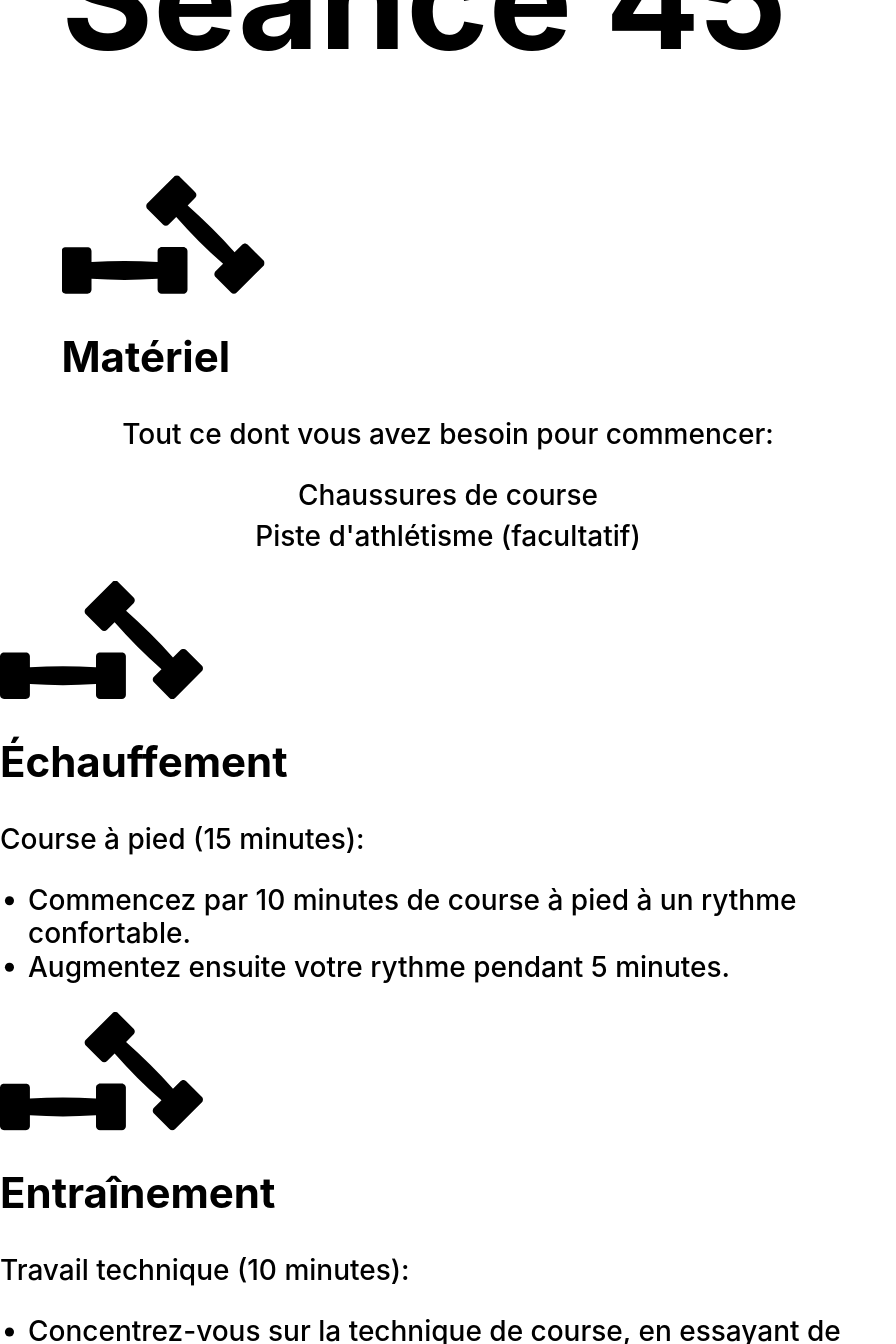
Repository: AdilGHAZAL/MosaiqueWebdoc
Page: /
These files come from the project's save history. The page is drawn as it stood at one moment and after the next save; the edit follows.
The browser window is 1280 px wide. The pictures show the part of the page from y = 456 to 2376 px (the page is 3786 px tall before and 3948 px after), at 70% of full size.
Some web fonts or font styles are not loaded; a fallback is used. The project was rebuilt for these pictures with package versions that can differ from the ones it lists, and the page was loaded fresh each time. Also part of the build but not shown: vite.config.js, src/App.css, src/components/Navbar.css, src/components/Navbar.jsx, src/components/Athletes.css, src/components/Athletes.jsx, src/components/Athletes2.jsx, src/components/Athletes3.jsx and 18 more.

Above is the page before, as saved 2024-05-02 17:37:18.

### index.html
<!doctype html>
<html lang="en">
  <head>
    <meta charset="UTF-8" />
    <link rel="icon" type="image/svg+xml" href="./src/logos/logoMosaique.svg" />
    <meta name="viewport" content="width=device-width, initial-scale=1.0" />
    <title>Mosaique</title>
    <link rel="preconnect" href="https://fonts.googleapis.com">
<link rel="preconnect" href="https://fonts.gstatic.com" crossorigin>
<link href="https://fonts.googleapis.com/css2?family=Mina:wght@400;700&display=swap" rel="stylesheet">
  </head>
  <body>
    <div id="root"></div>
    <script type="module" src="/src/main.jsx"></script>
  </body>
</html>

### src/App.jsx
// App.jsx
import React from 'react';
import { BrowserRouter as Router, Routes, Route} from 'react-router-dom';
import './App.css'; // Import the CSS file
import HomePage from './components/HomePage';
import Athlete1 from './Athelete1/Athlete1'; // Import the NouvellePage component
import LoginScreen from './LoginScreen';
import MainView from './backoffice';
import TrainingPage from './TrainingPage';
const App = () => {
    return (
        <Router>

                <Routes>
                    <Route path="/" element={<TrainingPage/>} />
                    <Route path="/Athlete1" element={<Athlete1/>} />
                    <Route path="/login" element={<LoginScreen/>  }/>
                    <Route path='/backoffice'element={<MainView/>}/>
                </Routes>

        </Router>
    );
};

export default App;

### src/index.css
:root {
  --rose: #E9257F

}

### src/TrainingPage.jsx
import React from 'react';
import './TrainingPage.css';  // Assurez-vous que le chemin vers le fichier CSS est correct

const TrainingPage = () => {
  return (
    <div className="containerTraining">
      <section className="session-info">
        <h2>Tout pour bien commencer</h2>
      </section>

      <div className="sectionMaterial">
        <h1>Séance 45'</h1>
        <img src="./src/assets/Icon2.svg" alt="Icône séance" />
        <h2>Matériel</h2>
        <p>Tout ce dont vous avez besoin pour commencer:</p>
        <ul>
          <li> Chaussures de course</li>
          <li> Piste d'athlétisme (facultatif)</li>
        </ul>
      </div>

      <div className="sectionWarmUp">
        <img src="./src/assets/Icon2.svg" alt="Icône échauffement" />
        <h2>Échauffement</h2>
        <div>
          <p>Course à pied (15 minutes):</p>
          <ul>
            <li>Commencez par 10 minutes de course à pied à un rythme confortable.</li>
            <li>Augmentez ensuite votre rythme pendant 5 minutes.</li>
          </ul>
        </div>
      </div>

      <div className="sectionTraining">
        <img src="./src/assets/Icon2.svg" alt="Icône entraînement" />
        <h2>Entraînement</h2>
        <div>
          <p>Travail technique (10 minutes):</p>
          <ul>
            <li>Concentrez-vous sur la technique de course, en essayant de garder le dos droit, les épaules relâchées et les bras fléchis à 90 degrés.</li>
          </ul>
        </div>
      </div>

      <div className="sectionAdvice">
        <img src="./src/assets/Icon2.svg" alt="Icône conseil" />
        <h2>Conseil</h2>
        <div>
          <p>Tout ce dont vous avez besoin pour le bon déroulement:</p>
          <ul>
            <li>Retour au calme (5 minutes)</li>
            <li>Terminez la séance par 5 minutes de marche ou d'étirements statiques</li>
            <li>Buvez beaucoup d'eau avant, pendant et après l'entraînement</li>
            <li>Variez vos séances d'entraînement pour éviter la monotonie et de vous blesser</li>
          </ul>
          <p>Voici quelques exemples d'exercices de mobilité, de technique de course, de plyométrie et de renforcement musculaire :</p>
          <ul>
            <li>Exercices de mobilité: Cercles de bras, Rotations de hanches, Fentes</li>
            <li>Technique de course: Course avec foulées courtes, talons au sol, montée des genoux</li>
            <li>Plyométrie: Sauts de grenouille, Talons-fesses</li>
            <li>Renforcement musculaire: Squats, Fentes, Pompes, Exercices avec poids légers</li>
          </ul>
        </div>
      </div>
    </div>
  );
};

export default TrainingPage;

### src/components/HomePage.css
/* App.css */
body {
    margin: 0;
    background-color: #ffffff;
    color: #000000;
    display: flex;
    flex-direction: column;
    align-items: center;
    justify-content: center;
    min-height: 100vh;

  }

  .app-container {
      font-family: "SF Pro Display-Medium", Helvetica;
    width: 100vw;
    height: 100%;
    min-height: 100vh;
    /*  background-image: url('./assets/ub1.png');*/
    display: flex;
    flex-direction: column;
    margin: auto;
    background-color: #ffffff;
  }

  .main-title {
    font-family: 'SF Pro Display', sans-serif;
    font-size: 70px;
    font-weight: 500;
    line-height: 83.54px;
    text-align: center;
    margin-top: 100px;
  }

  .bold-text {
    font-weight: 700;
  }

  .content {
    padding: 20px;
    width: 100%;
    max-width: 1200px;
    margin: auto;

  }

  .UBimage {
    width: auto;
  }

  .bottom-text {
    font-size: 18px;
    text-align: center;
    margin-top: 30px;
  }
  .scroll-reveal > * {
    /* text-align: justify; */
    display: inline;
    color:hsl(0deg 22.14% 64.8% / 20%);
    font-size: 60px;
    font-weight: 500;
    background-clip: text;
    background-repeat: no-repeat;
    background-size: 0% 100%;
    background-image: linear-gradient( #E9257F, #ce1f71 );
    animation: scroll-reveal linear forwards;
    animation-timeline: view();
  }

  .scroll-text {

    text-align: justify;
  }
  @keyframes scroll-reveal {
    to {
      background-size: 100% 100%;
    }
  }
  .scroll-reveal p {
    /* font-family: SF Pro Display; */


  }

  .scrollPhotos {
    display: flex;
    justify-content: flex-start; /* Align photos to the maximum left */
    width: 100%;
    overflow-x: auto; /* Enable horizontal scrolling if photos exceed container width */
    padding: 20px 0; /* Optional padding */
  }

### src/TrainingPage.css
.containerTraining {
    display: flex;
    align-items: center;
    flex-direction: column;
    margin: 0 auto;
}


.session-info h2 {
    font-family: 'SF Pro Display', sans-serif;
    font-size: 70px;
    font-weight: 500;
    line-height: 83.54px;
    text-align: center;
  }

  /* Styles pour "Séance 45'" */
  .sectionMaterial h1 {
    font-family: 'SF Pro Display', sans-serif;
    font-size: 200px;
    font-weight: 700;
    line-height: 238.67px;
    text-align: center;
  }

  /* Styles pour "Matériel" */
  .sectionMaterial h2 {
    font-family: 'SF Pro Display', sans-serif;
    font-size: 60px;
    font-weight: 700;
    line-height: 71.6px;
    text-align: justify; /* Notez que 'justify' n'est pas valide pour 'text-align', vous voudriez peut-être utiliser 'justified' dans une classe différente si c'est nécessaire */
  }

  /* Styles pour "Tout ce dont vous avez besoin pour commencer:" et la liste */
  .sectionMaterial p, .sectionMaterial ul {
    font-family: 'SF Pro Display', sans-serif;
    font-size: 40px;
    font-weight: 500;
    line-height: 47.73px;
    text-align: center;
  }

  /* Styles additionnels pour la liste pour garder les icônes alignées */
  .sectionMaterial ul {
    padding: 0;
    list-style-type: none; /* Enlève les puces de la liste */
  }

  .sectionMaterial li {
    margin-bottom: 10px; /* Espacement entre les éléments de la liste */
  }

  .sectionMaterial .icon {
    font-size: 40px; /* Assure que les icônes ont la même taille de police que le texte */
    margin-right: 10px; /* Espacement entre l'icône et le texte */
  }
  .sectionWarmUp h2 {
    font-family: 'SF Pro Display', sans-serif;
    font-size: 60px;
    font-weight: 700;
    line-height: 71.6px;
    text-align: justify; /* Note: 'justify' n'est pas typiquement utilisé pour les titres, envisagez 'left', 'center', ou 'right' */
  }
  .sectionWarmUp div p, .sectionWarmUp div ul {
    font-family: 'SF Pro Display', sans-serif;
    font-size: 40px;
    font-weight: 700; /* pour le texte plus gras */
    line-height: 47.73px;
    text-align: left;
  }

  .sectionWarmUp div p, .sectionWarmUp div ul li {
    font-family: 'SF Pro Display', sans-serif;
    font-size: 40px;
    font-weight: 500; /* pour le texte moins gras */
    line-height: 47.73px;
    text-align: left;
  }
  .sectionTraining h2 {
    font-family: 'SF Pro Display', sans-serif;
    font-size: 60px;
    font-weight: 700;
    line-height: 71.6px;
    text-align: justify; /* Note: 'justify' n'est pas typiquement utilisé pour les titres, envisagez 'left', 'center', ou 'right' */
  }
  .sectionTraining div p, .sectionTraining div ul {
    font-family: 'SF Pro Display', sans-serif;
    font-size: 40px;
    font-weight: 700; /* pour le texte plus gras */
    line-height: 47.73px;
    text-align: left;
  }

  .sectionTraining div p, .sectionTraining div ul li {
    font-family: 'SF Pro Display', sans-serif;
    font-size: 40px;
    font-weight: 500; /* pour le texte moins gras */
    line-height: 47.73px;
    text-align: left;
  }
  .sectionAdvice h2 {
    font-family: 'SF Pro Display', sans-serif;
    font-size: 60px;
    font-weight: 700;
    line-height: 71.6px;
    text-align: justify; /* Note: 'justify' n'est pas typiquement utilisé pour les titres, envisagez 'left', 'center', ou 'right' */
  }
  .sectionAdvice div p, .sectionAdvice div ul {
    font-family: 'SF Pro Display', sans-serif;
    font-size: 40px;
    font-weight: 700; /* pour le texte plus gras */
    line-height: 47.73px;
    text-align: left;
  }

  .sectionAdvice div p, .sectionAdvice div ul li {
    font-family: 'SF Pro Display', sans-serif;
    font-size: 40px;
    font-weight: 500; /* pour le texte moins gras */
    line-height: 47.73px;
    text-align: left;
  }

Loaded but not shown: src/main.jsx (common file)

After the next save:
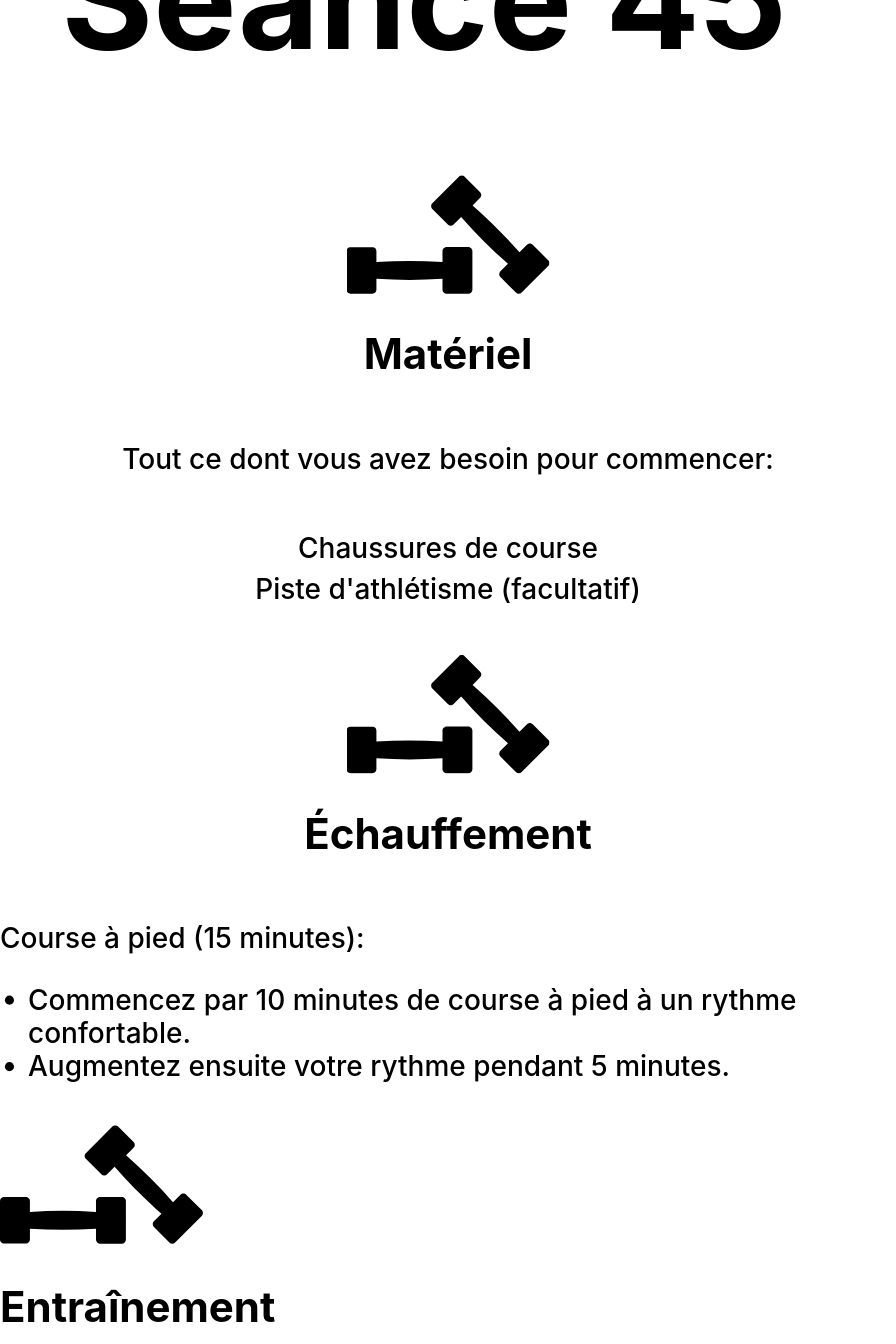
Saved 9 min 17 s later.
--- a/src/TrainingPage.css
+++ b/src/TrainingPage.css
@@ -5,119 +5,101 @@
     margin: 0 auto;
 }
 
-
+/* Styles for ".session-info h2" */
 .session-info h2 {
     font-family: 'SF Pro Display', sans-serif;
     font-size: 70px;
     font-weight: 500;
     line-height: 83.54px;
     text-align: center;
-  }
+}
 
-  /* Styles pour "Séance 45'" */
-  .sectionMaterial h1 {
+/* Styles for ".sectionMaterial h1" */
+.sectionMaterial h1 {
     font-family: 'SF Pro Display', sans-serif;
     font-size: 200px;
     font-weight: 700;
     line-height: 238.67px;
     text-align: center;
-  }
+}
 
-  /* Styles pour "Matériel" */
-  .sectionMaterial h2 {
+/* Styles for ".sectionMaterial h2" */
+.sectionMaterial h2 {
     font-family: 'SF Pro Display', sans-serif;
     font-size: 60px;
     font-weight: 700;
     line-height: 71.6px;
-    text-align: justify; /* Notez que 'justify' n'est pas valide pour 'text-align', vous voudriez peut-être utiliser 'justified' dans une classe différente si c'est nécessaire */
-  }
+    text-align: justify;
+}
 
-  /* Styles pour "Tout ce dont vous avez besoin pour commencer:" et la liste */
-  .sectionMaterial p, .sectionMaterial ul {
+/* Styles for ".sectionMaterial p, .sectionMaterial ul" */
+.sectionMaterial p, .sectionMaterial ul {
     font-family: 'SF Pro Display', sans-serif;
     font-size: 40px;
     font-weight: 500;
     line-height: 47.73px;
     text-align: center;
-  }
+}
 
-  /* Styles additionnels pour la liste pour garder les icônes alignées */
-  .sectionMaterial ul {
+/* Additional styles for the list to keep the icons aligned */
+.sectionMaterial ul {
     padding: 0;
-    list-style-type: none; /* Enlève les puces de la liste */
-  }
+    list-style-type: none;
+}
 
-  .sectionMaterial li {
-    margin-bottom: 10px; /* Espacement entre les éléments de la liste */
-  }
+.sectionMaterial li {
+    margin-bottom: 10px;
+}
 
-  .sectionMaterial .icon {
-    font-size: 40px; /* Assure que les icônes ont la même taille de police que le texte */
-    margin-right: 10px; /* Espacement entre l'icône et le texte */
-  }
-  .sectionWarmUp h2 {
+.sectionMaterial .icon {
+    font-size: 40px;
+    margin-right: 10px;
+}
+
+/* Styles for ".sectionWarmUp h2", ".sectionTraining h2", ".sectionAdvice h2" */
+.sectionWarmUp h2,
+.sectionTraining h2,
+.sectionAdvice h2 {
     font-family: 'SF Pro Display', sans-serif;
     font-size: 60px;
     font-weight: 700;
     line-height: 71.6px;
-    text-align: justify; /* Note: 'justify' n'est pas typiquement utilisé pour les titres, envisagez 'left', 'center', ou 'right' */
-  }
-  .sectionWarmUp div p, .sectionWarmUp div ul {
+    text-align: justify;
+}
+
+/* Styles for ".sectionWarmUp div p, .sectionWarmUp div ul", ".sectionTraining div p, .sectionTraining div ul", ".sectionAdvice div p, .sectionAdvice div ul" */
+.sectionWarmUp div p,
+.sectionWarmUp div ul,
+.sectionTraining div p,
+.sectionTraining div ul,
+.sectionAdvice div p,
+.sectionAdvice div ul {
     font-family: 'SF Pro Display', sans-serif;
     font-size: 40px;
-    font-weight: 700; /* pour le texte plus gras */
+    font-weight: 700;
     line-height: 47.73px;
     text-align: left;
-  }
+}
 
-  .sectionWarmUp div p, .sectionWarmUp div ul li {
+/* Styles for ".sectionWarmUp div p, .sectionWarmUp div ul li", ".sectionTraining div p, .sectionTraining div ul li", ".sectionAdvice div p, .sectionAdvice div ul li" */
+.sectionWarmUp div p,
+.sectionWarmUp div ul li,
+.sectionTraining div p,
+.sectionTraining div ul li,
+.sectionAdvice div p,
+.sectionAdvice div ul li {
     font-family: 'SF Pro Display', sans-serif;
     font-size: 40px;
-    font-weight: 500; /* pour le texte moins gras */
+    font-weight: 500;
     line-height: 47.73px;
     text-align: left;
-  }
-  .sectionTraining h2 {
-    font-family: 'SF Pro Display', sans-serif;
-    font-size: 60px;
-    font-weight: 700;
-    line-height: 71.6px;
-    text-align: justify; /* Note: 'justify' n'est pas typiquement utilisé pour les titres, envisagez 'left', 'center', ou 'right' */
-  }
-  .sectionTraining div p, .sectionTraining div ul {
-    font-family: 'SF Pro Display', sans-serif;
-    font-size: 40px;
-    font-weight: 700; /* pour le texte plus gras */
-    line-height: 47.73px;
-    text-align: left;
-  }
+}
 
-  .sectionTraining div p, .sectionTraining div ul li {
-    font-family: 'SF Pro Display', sans-serif;
-    font-size: 40px;
-    font-weight: 500; /* pour le texte moins gras */
-    line-height: 47.73px;
-    text-align: left;
-  }
-  .sectionAdvice h2 {
-    font-family: 'SF Pro Display', sans-serif;
-    font-size: 60px;
-    font-weight: 700;
-    line-height: 71.6px;
-    text-align: justify; /* Note: 'justify' n'est pas typiquement utilisé pour les titres, envisagez 'left', 'center', ou 'right' */
-  }
-  .sectionAdvice div p, .sectionAdvice div ul {
-    font-family: 'SF Pro Display', sans-serif;
-    font-size: 40px;
-    font-weight: 700; /* pour le texte plus gras */
-    line-height: 47.73px;
-    text-align: left;
-  }
-
-  .sectionAdvice div p, .sectionAdvice div ul li {
-    font-family: 'SF Pro Display', sans-serif;
-    font-size: 40px;
-    font-weight: 500; /* pour le texte moins gras */
-    line-height: 47.73px;
-    text-align: left;
-  }
+/* Centering except for specific div elements */
+.containerTraining > div:not(.sectionTraining):not(.sectionAdvice) {
+    display: flex;
+    align-items: center;
+    justify-content: center;
+    flex-direction: column;
+    margin-bottom: 20px; /* Adjust margin as needed */
+}
